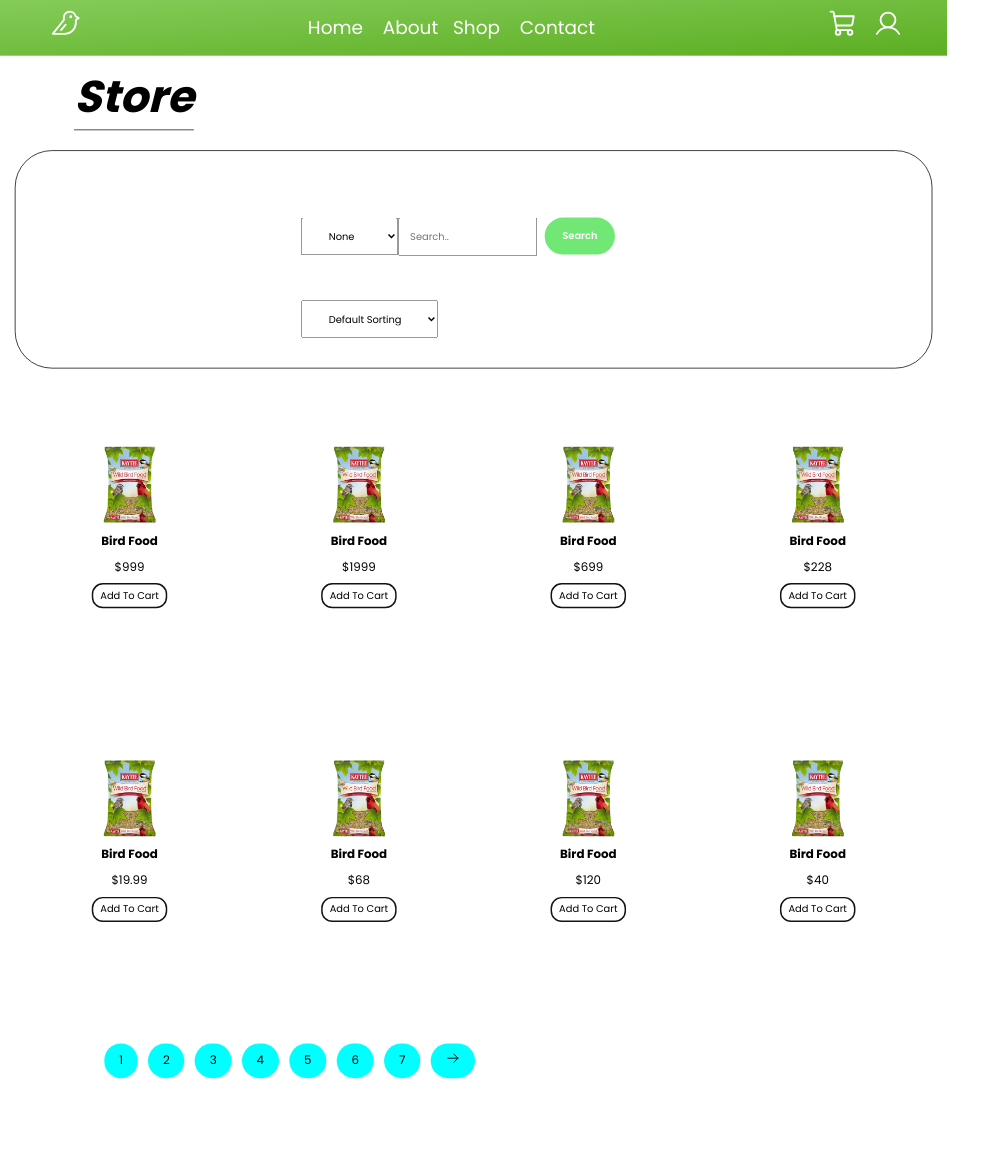
Repository: Vuhainam64/SWP391
Page: / (app in React/swp391-app/)
The author's editor kept a copy of each file at every save. The page is drawn from the files as they stood at one save, then again after the next save.
The browser window is 1280 px wide. The page is 1280 px wide, then 1360 px, so the pictures cover 1360 px, including what lies to the right of the window. The pictures show the whole page, at 74% of full size.
The project was rebuilt for these pictures with package versions that can differ from the ones it lists, and the page was loaded fresh each time. Also part of the build but not shown: React/swp391-app/src/pages/register/register.jsx, React/swp391-app/src/pages/home/home.css, React/swp391-app/src/pages/home/home-product.jsx, React/swp391-app/src/pages/home/home.jsx, React/swp391-app/src/pages/about/about.jsx, React/swp391-app/src/pages/contact/contact.jsx, React/swp391-app/src/pages/cart/cart-item.jsx, React/swp391-app/src/pages/cart/cart.css and 2 more.

Above is the page before, as saved 2023-06-05 08:14:09.

After the next save:
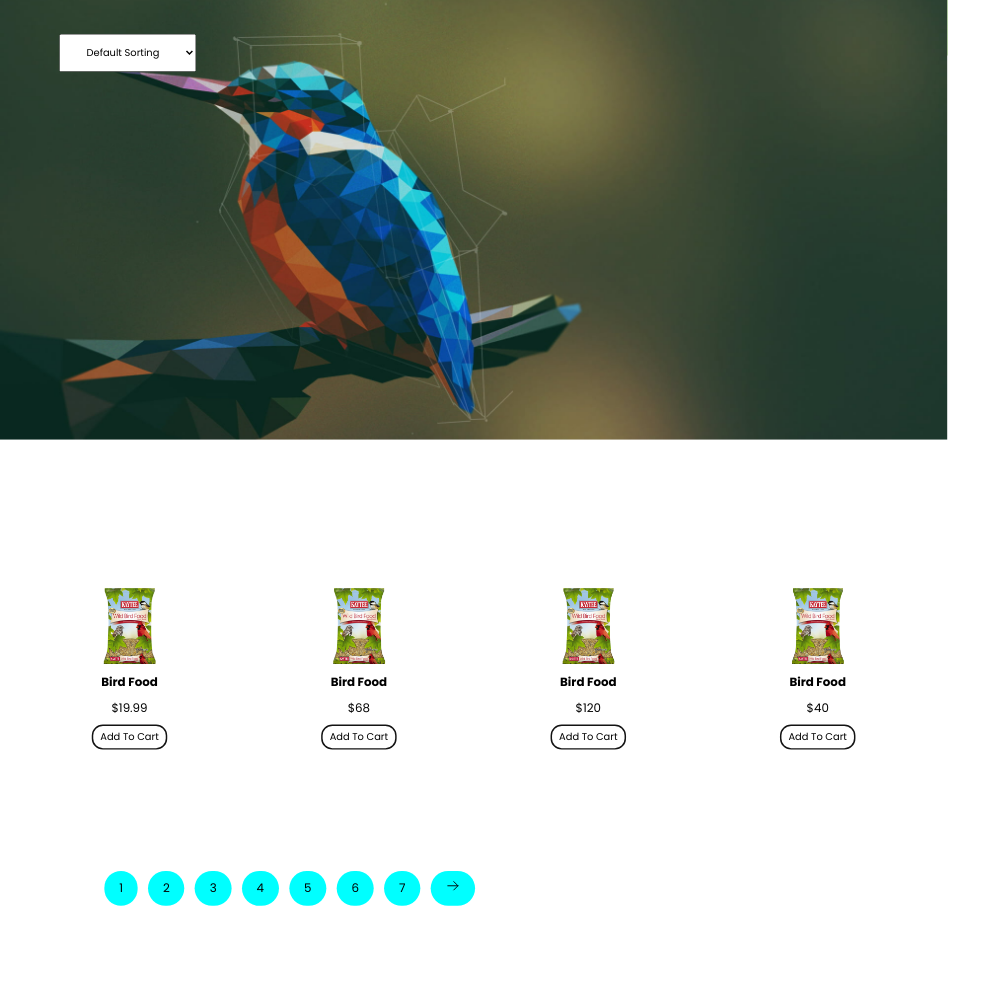
Saved 49 s later.
--- a/React/swp391-app/src/pages/shop/shop.css
+++ b/React/swp391-app/src/pages/shop/shop.css
@@ -73,6 +73,7 @@
     display: flex;
     margin: 50px 10px 10px 80px;
     width: 100%;
+    position: relative;
 }
 
 .form-shop select {
@@ -117,7 +118,13 @@
 }
 
 .box-image {
-
+    position: absolute;
+  width: 100%;
+  height: 100%;
+  background-image: url(../../assets/products/bird.jpg);
+  background-position: center;
+  background-size: cover;
+  color: white;
 }
 
 .sort-shop {
